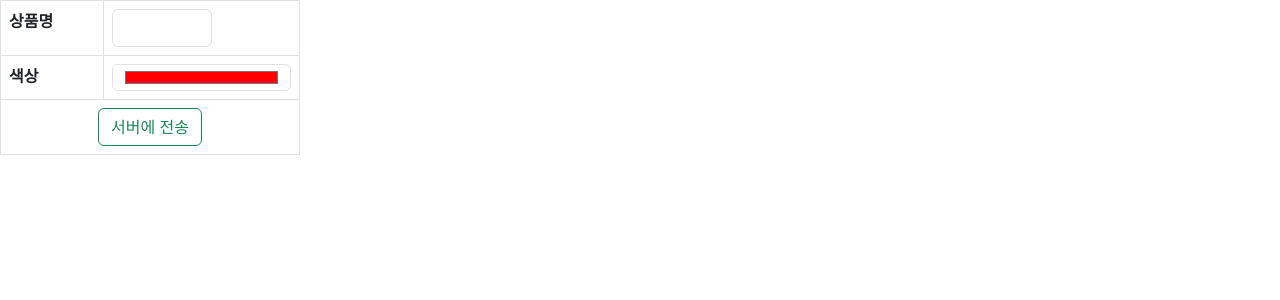
Repository: ssung2sin/sist0615_spring
Page: http://localhost/SpringMvcRead5/naver/form2
The author's editor kept a copy of each file at every save. The page is drawn from the files as they stood at one save, then again after the next save.
The browser window is 1280 px wide. The pictures show the whole page.
Some web fonts or font styles are not loaded; a fallback is used. The page is served by Tomcat 9. Other server files are loaded and not shown.

Above is the page before, as saved 2023-10-10 06:44:33.

### SpringMvcRead5/src/main/webapp/WEB-INF/day1010/form2.jsp
<%@ page language="java" contentType="text/html; charset=UTF-8"
    pageEncoding="UTF-8"%>
<%@ taglib uri="http://java.sun.com/jsp/jstl/core" prefix="c"%>
<%@ taglib uri="http://java.sun.com/jsp/jstl/fmt" prefix="fmt"%>
<!DOCTYPE html>
<html>
<head>
<meta charset="UTF-8">
<link href="https://cdn.jsdelivr.net/npm/bootstrap@5.3.0/dist/css/bootstrap.min.css" rel="stylesheet">
<link href="https://fonts.googleapis.com/css2?family=Dongle:wght@300&family=Gaegu:wght@300&family=Nanum+Pen+Script&family=Sunflower:wght@300&display=swap" rel="stylesheet">
<script src="https://code.jquery.com/jquery-3.7.0.js"></script>
<title>Insert title here</title>
</head>
<body>
<form action="read2" method="post">
	<table class="table table-bordered" style="width: 300px;">
		<tr>
			<th wid>상품명</th>
			<td><input type="text" class="form-control" name="sang" style="width:100px;"></td>
		</tr>
		<tr>
			<th>색상</th>
			<td>
				<input type="color" name="color" value="#ff0000" class="form-control">
			</td>
		</tr>
		<tr>
			<td colspan="2" align="center"><button type="submit" class="btn btn-outline-success">서버에 전송</button></td>
		</tr>
	</table>
</form>
</body>
</html>

After the next save:
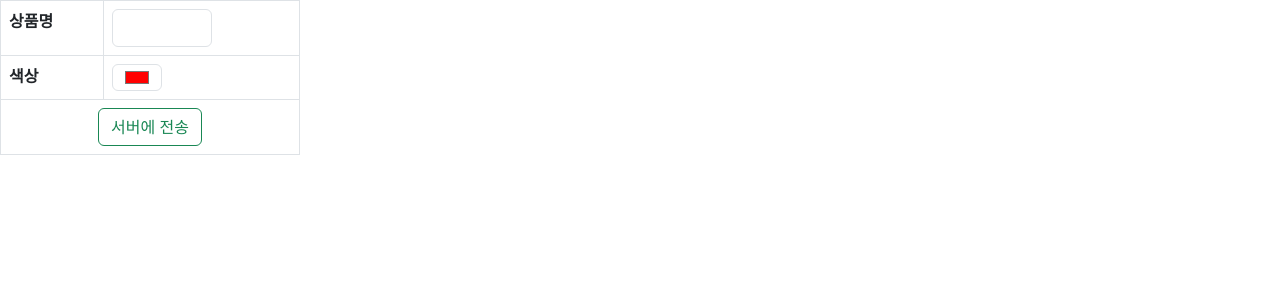
Saved 10 s later.
--- a/SpringMvcRead5/src/main/webapp/WEB-INF/day1010/form2.jsp
+++ b/SpringMvcRead5/src/main/webapp/WEB-INF/day1010/form2.jsp
@@ -21,7 +21,7 @@
 		<tr>
 			<th>색상</th>
 			<td>
-				<input type="color" name="color" value="#ff0000" class="form-control">
+				<input type="color" name="color" value="#ff0000" class="form-control" style="width: 50px;">
 			</td>
 		</tr>
 		<tr>
